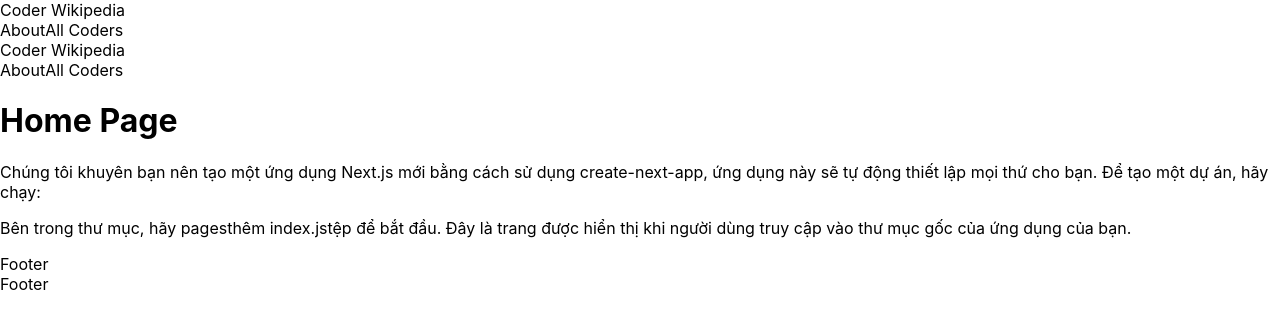
Repository: DuckyNumberONS/H-c-Next-Js
Page: / (app in my-app/)
An editor plug-in stored every save of this project. The page is shown before and after a run of saves, followed by the edit.
The browser window is 1280 px wide. The pictures show the whole page.
The project was rebuilt for these pictures with package versions that can differ from the ones it lists, and the page was loaded fresh each time. The framework's server and built-in components were replaced by stand-ins that run in the browser. Also part of the build but not shown: my-app/next.config.js, my-app/styles/Home.module.css.

Above is the page before, as saved 2022-09-21 17:03:38.

After the next 2 saves:
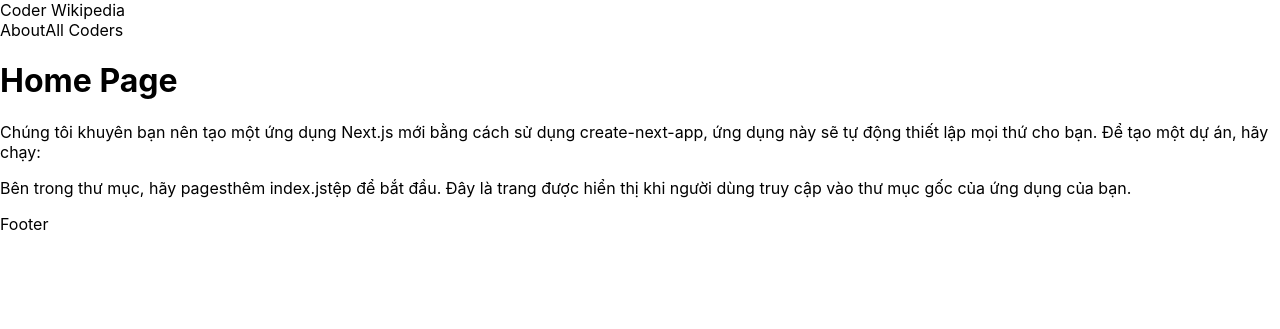
The 2 saves are shown as one change because they came seconds apart.
The last was saved 13 s later.
--- a/my-app/pages/index.js
+++ b/my-app/pages/index.js
@@ -7,7 +7,6 @@ import Navbar from "../components/navbar";
 export default function Home() {
   return (
     <>
-      <Navbar />
       <div>
         <h1>Home Page</h1>
         <p>
@@ -21,7 +20,6 @@ export default function Home() {
           bạn.
         </p>
       </div>
-      <Footer />
     </>
   );
 }
